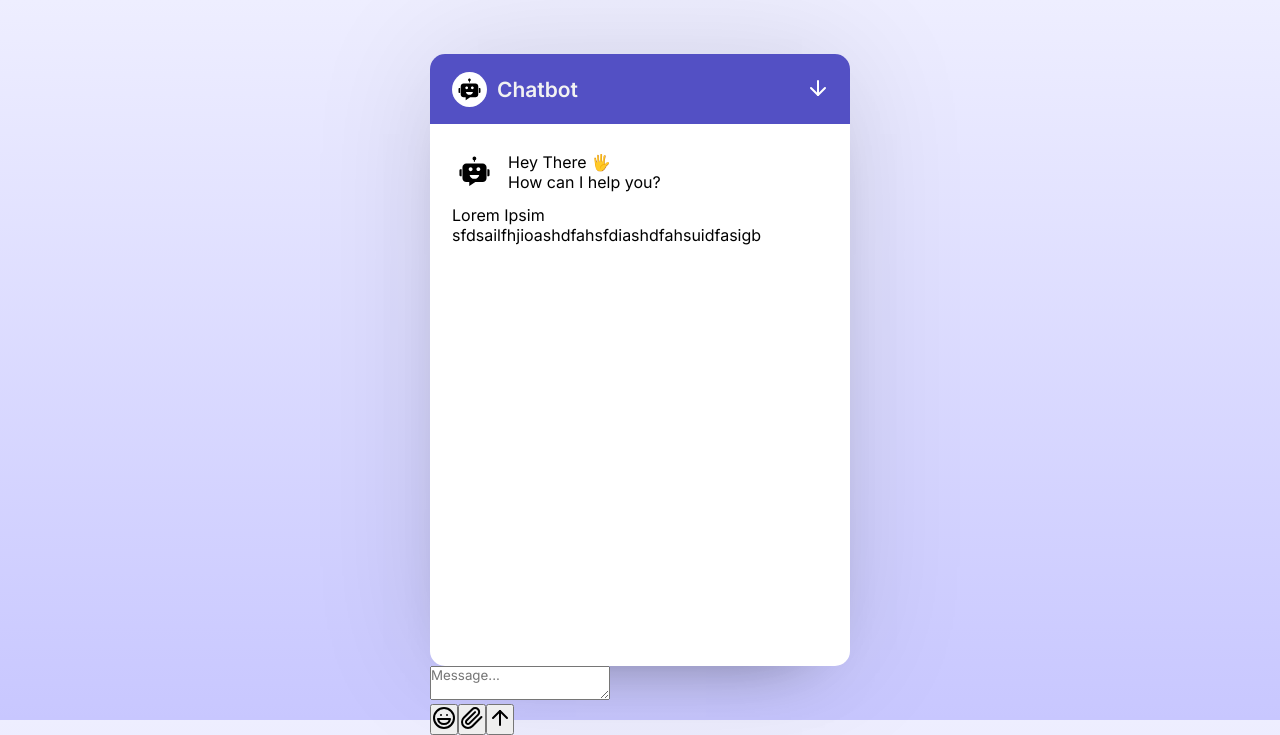
Repository: guilhermecardoso93/ai-bot
Page: /
These files come from the project's save history. The page is drawn as it stood at one moment and after the next save; the edit follows.
The browser window is 1280 px wide. The pictures show the whole page.
The project was rebuilt for these pictures with package versions that can differ from the ones it lists, and the page was loaded fresh each time. Also part of the build but not shown: vite.config.js.

Above is the page before, as saved 2024-11-11 20:52:29.

After the next save:
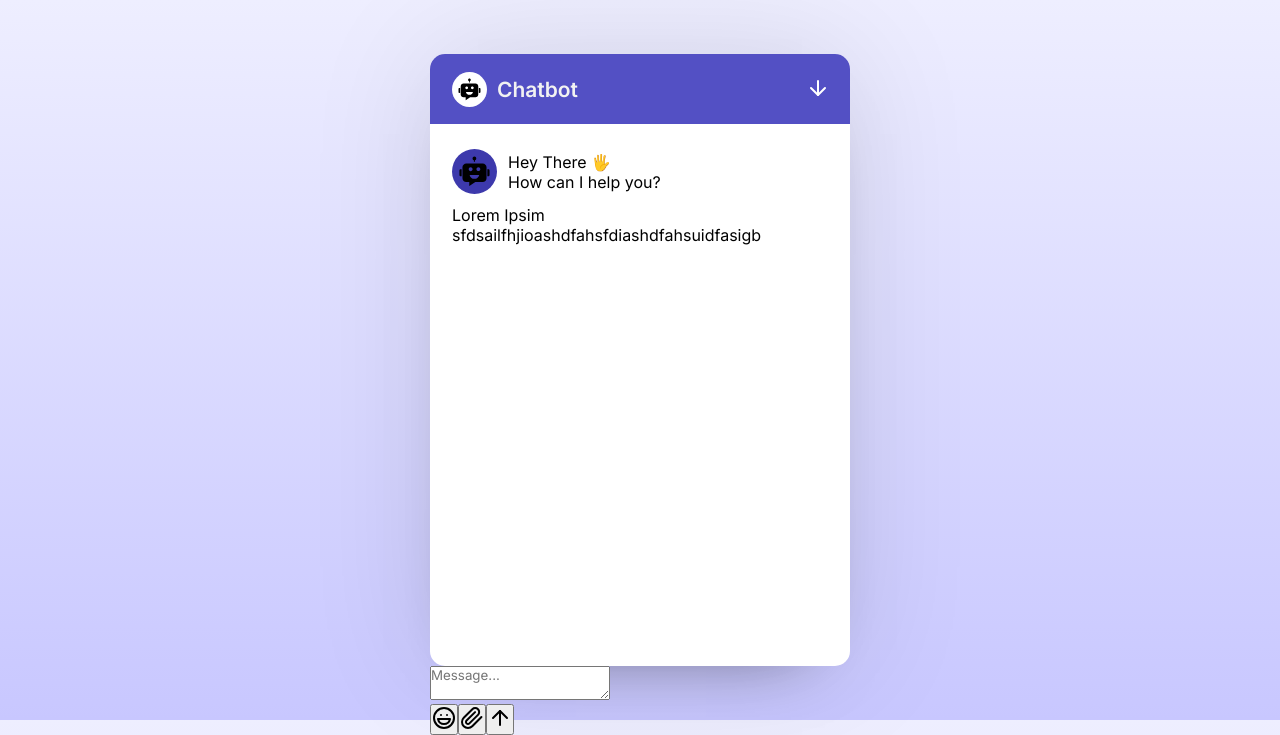
Saved 38 s later.
--- a/src/index.css
+++ b/src/index.css
@@ -105,7 +105,8 @@ body {
 .chat-body .bot-avatar {
   width: 45px;
   width: 45px;
-  background: #fff;
+  background: #3d39ac;
+  fill: #fff;
   border-radius: 50%;
   flex-shrink: 0;
   padding: 4px;
